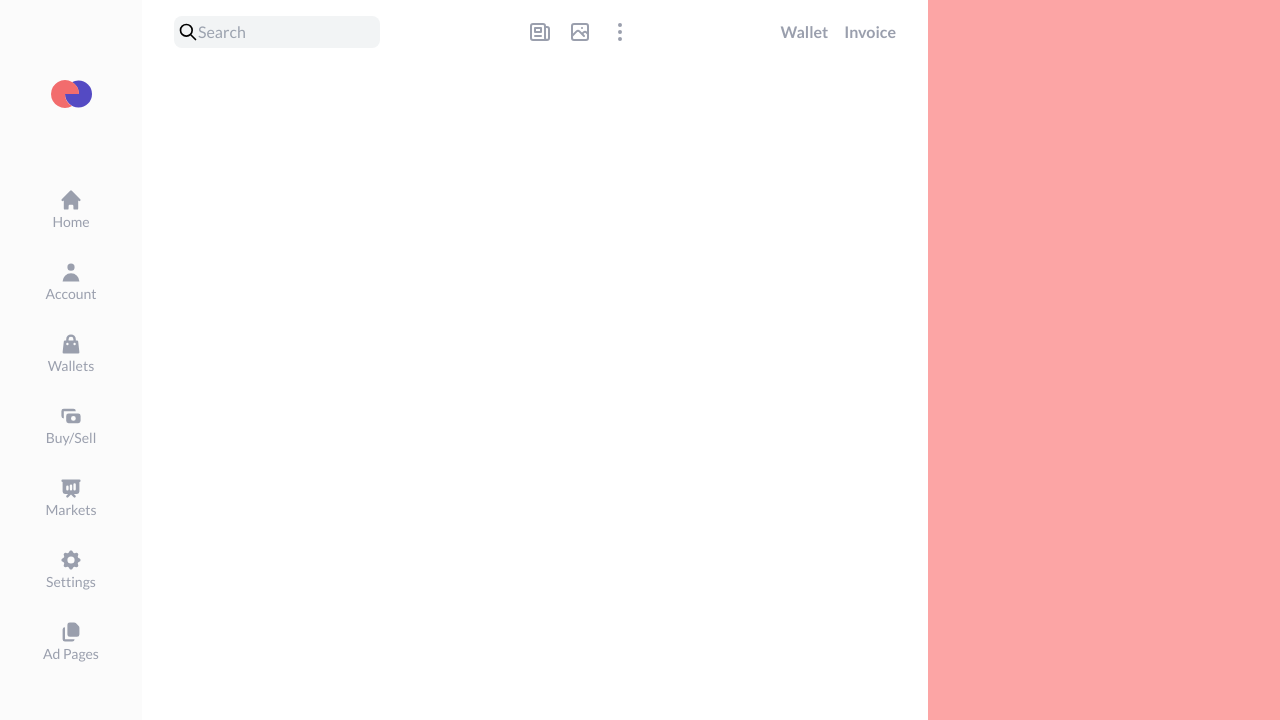
Repository: almaqdad55/crypto-app-nextjs
Page: /
The author's editor kept a copy of each file at every save. The page is drawn from the files as they stood at one save, then again after the next save.
The browser window is 1280 px wide. The pictures show the whole page.
The project was rebuilt for these pictures with package versions that can differ from the ones it lists, and the page was loaded fresh each time. The framework's server and built-in components were replaced by stand-ins that run in the browser.

Above is the page before, as saved 2022-01-04 20:20:14.

### pages/index.js
import Head from 'next/head';
import Sidebar from '../components/Sidebar';
import Feed from '../components/Feed';
import Widget from '../components/Widget';

export default function Home() {
  return (
    <div className="">
      <Head>
        <title>Crypto Trade</title>
        <link rel="icon" href="/logo.svg" />
      </Head>

      <main className="flex">
        <Sidebar />
        <Feed />
        <Widget />
      </main>
    </div>
  );
}

### styles/globals.css
@import url('https://fonts.googleapis.com/css2?family=Lato:wght@300;400;700&display=swap');

@tailwind base;
@tailwind components;
@tailwind utilities;

@layer base {
  body {
    @apply bg-white font-Lato;
  }
}

@layer components {
  .icon-group {
    @apply flex flex-col  items-center text-sm cursor-pointer text-[#9A9FAD] hover:text-[#544AC3] transition duration-200;
  }
}

### components/Sidebar.jsx
import {
  HomeIcon,
  UserIcon,
  CashIcon,
  ShoppingBagIcon,
  PresentationChartBarIcon,
  CogIcon,
  DocumentDuplicateIcon,
} from '@heroicons/react/solid';

const Sidebar = () => {
  return (
    <div className="flex flex-col items-center  h-screen w-[142px]  bg-[#fbfbfb] ">
      <div className="mt-20">
        <img src="/logo.svg" alt="" />
      </div>
      <div className="mb-40 mt-20 flex flex-col space-y-7">
        <div className="icon-group group">
          <HomeIcon className="h-6 " />
          <span className="">Home</span>
        </div>
        <div className="icon-group group">
          <UserIcon className="h-6 " />
          <span className="">Account</span>
        </div>
        <div className="icon-group group">
          <ShoppingBagIcon className="h-6 " />
          <span className="">Wallets</span>
        </div>
        <div className="icon-group group ">
          <CashIcon className="h-6 " />
          <span className="">Buy/Sell</span>
        </div>
        <div className="icon-group group">
          <PresentationChartBarIcon className="h-6 " />
          <span className="">Markets</span>
        </div>
        <div className="icon-group group">
          <CogIcon className="h-6 " />
          <span className="">Settings</span>
        </div>
        <div className="icon-group group">
          <DocumentDuplicateIcon className="h-6 " />
          <span className="">Ad Pages</span>
        </div>
      </div>
    </div>
  );
};

export default Sidebar;

### components/Feed.jsx
import {
  DotsVerticalIcon,
  PhotographIcon,
  NewspaperIcon,
  SearchIcon,
} from '@heroicons/react/outline';

// import { SearchIcon } from '@heroicons/react/solid';
const Feed = () => {
  return (
    <div className=" flex-grow  bg-white">
      <div className="flex items-center  justify-between py-4 px-8">
        <div className="flex items-center bg-[#F2F4F5] rounded-lg p-1">
          <SearchIcon className="h-5" />
          <input
            type="text"
            placeholder={`Search`}
            className="outline-none bg-[#F2F4F5]"
          />
        </div>
        <div className="flex space-x-4 text-[#9A9FAD] ">
          <NewspaperIcon className="h-6 " />
          <PhotographIcon className="h-6 " />
          <DotsVerticalIcon className="h-6 " />
        </div>
        <div className="flex text-md font-bold space-x-4 text-[#9A9FAD] ">
          <p className="">Wallet</p>
          <p className="">Invoice</p>
        </div>
      </div>
    </div>
  );
};

export default Feed;

### components/Widget.jsx
const Widget = () => {
  return <div className="bg-red-300 min-w-[352px]"></div>;
};

export default Widget;

### tailwind.config.js
module.exports = {
  content: [
    './pages/**/*.{js,ts,jsx,tsx}',
    './components/**/*.{js,ts,jsx,tsx}',
  ],
  theme: {
    extend: {
      fontFamily: {
        Lato: ['Lato', 'sans-serif'],
      },
    },
  },
  plugins: [],
};

Loaded but not shown: pages/_app.js (common file); pages/api/hello.js (common file); pages/api/city.js (no copy from this time; the picture is the same without it); pages/api/getYTData.js (no copy from this time; the picture is the same without it)

After the next save:
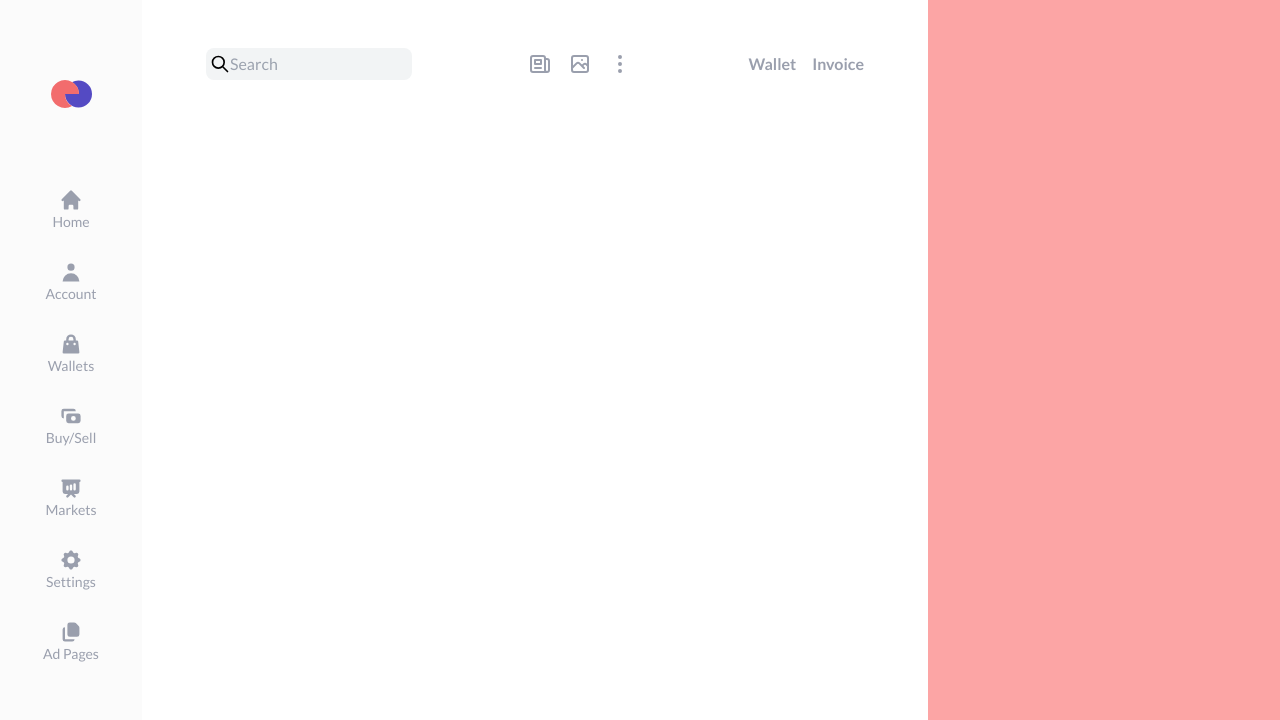
Saved 21 s later.
--- a/components/Feed.jsx
+++ b/components/Feed.jsx
@@ -8,7 +8,7 @@ import {
 // import { SearchIcon } from '@heroicons/react/solid';
 const Feed = () => {
   return (
-    <div className=" flex-grow  bg-white">
+    <div className=" flex-grow  bg-white p-8">
       <div className="flex items-center  justify-between py-4 px-8">
         <div className="flex items-center bg-[#F2F4F5] rounded-lg p-1">
           <SearchIcon className="h-5" />
